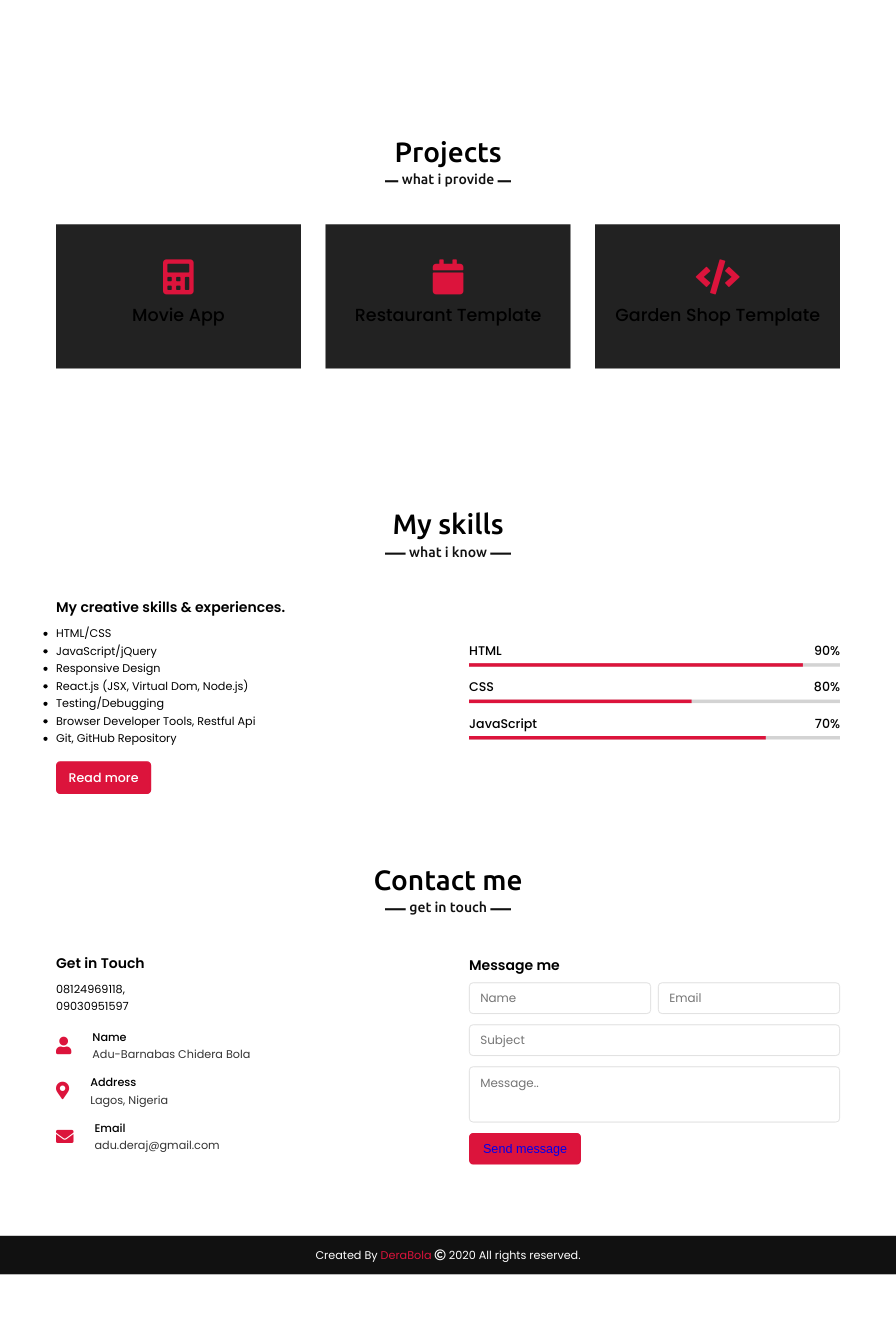
Repository: DeraBola/Portfolio
Page: index.html
These files come from the project's save history. The page is drawn as it stood at one moment and after a run of saves; the edit follows.
The browser window is 1280 px wide. The pictures show the part of the page from y = 1359 to 3279 px (the page is 3279 px tall), at 70% of full size.
Backgrounds fixed to the window are drawn as part of the page.

Above is the page before, as saved 2023-01-05 14:09:01.
Console error: ReferenceError: $ is not defined

After the next 2 saves:
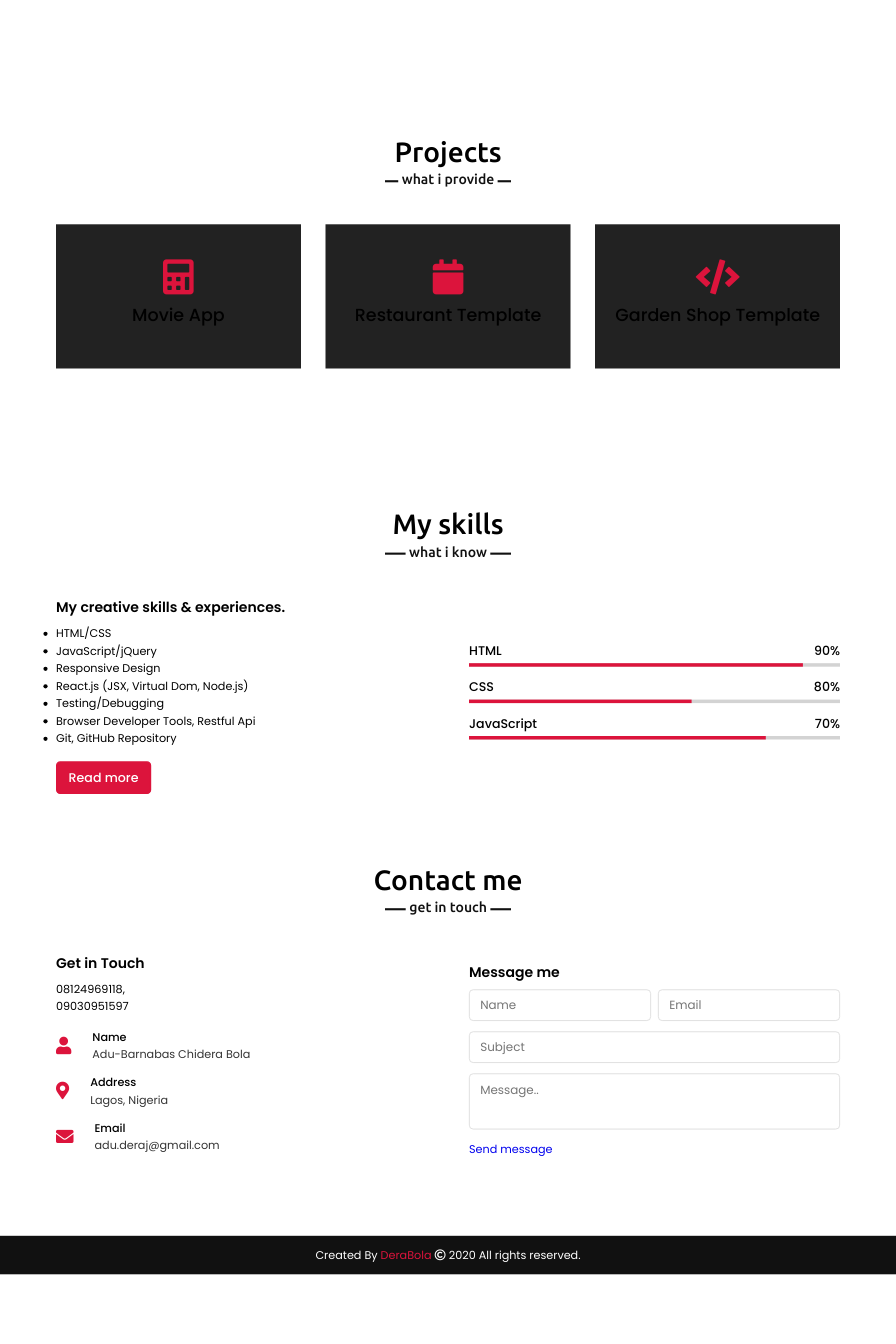
The 2 saves are shown as one change because they came seconds apart.
The last was saved 32 s later.
--- a/index.html
+++ b/index.html
@@ -196,9 +196,9 @@
                                 <textarea cols="30" rows="10" placeholder="Message.." required></textarea>
                             </div>
                             <div class="button-area">
-                                <button type="submit">
-                                    <a href="mailto:adu.deraj@gmail.com" class="links"> Send message </a>
-                                   </button>
+
+                                <a href="mailto:adu.deraj@gmail.com" class="links"> Send message </a>
+
 
                             </div>
                         </form>
